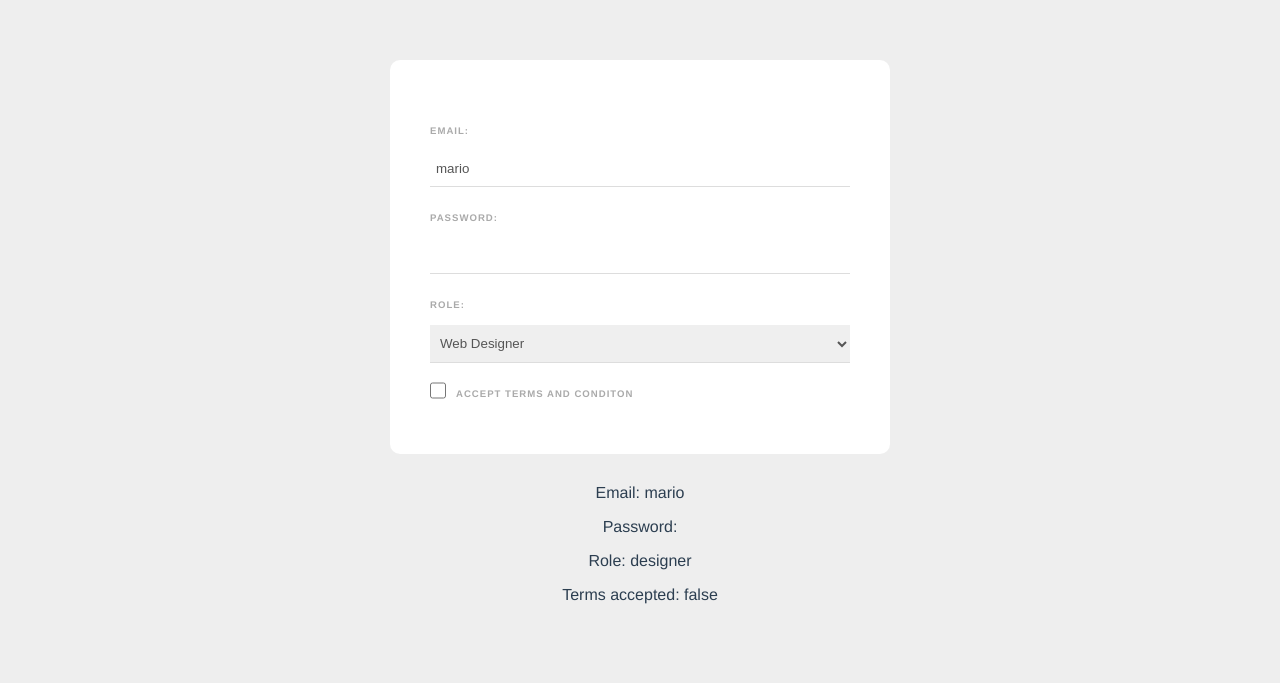
Repository: pin-seavmuy/Vue-Js
Page: /
An editor plug-in stored every save of this project. The page is shown before and after the next save, followed by the edit.
The browser window is 1280 px wide. The pictures show the whole page.
The project was rebuilt for these pictures with package versions that can differ from the ones it lists, and the page was loaded fresh each time. Also part of the build but not shown: vue.config.js.

Above is the page before, as saved 2023-11-16 23:12:50.

### src/App.vue
<template>
  <SignupForm/>
</template>

<script>
import SignupForm from './components/SignupForm.vue'

export default {
  name: 'App',
  components: {
    SignupForm
  }
}
</script>

<style>
#app {
  font-family: Avenir, Helvetica, Arial, sans-serif;
  -webkit-font-smoothing: antialiased;
  -moz-osx-font-smoothing: grayscale;
  text-align: center;
  color: #2c3e50;
  margin-top: 60px;
}
body{
  margin: 0;
  background: #eee;

}
</style>

### src/components/SignupForm.vue
<template>
  <form>
    <label>Email:</label>
    <input type="email" required v-model="email">

    <label>Password:</label>
    <input type="password" required v-model="password">

        <label>Role:</label>
        <select v-model="role">
            <option value="developer">Web Developer</option>
            <option value="designer">Web Designer</option>
        </select>

        <div class="terms">
            <input type="checkbox" required v-model="terms">
            <label>Accept terms and conditon</label>
        </div>

        <!-- <div>
            <input type="checkbox" value="shaun" v-model="names">
            <label>Shaun</label>
        </div>
        <div>
            <input type="checkbox" value="yoshi" v-model="names">
            <label>Yoshi</label>
        </div>
        <div>
            <input type="checkbox" value="mario" v-model="names">
            <label>Mario</label>
        </div> -->
  </form>

  <p>Email: {{ email }}</p>
  <p>Password: {{ password }}</p>
  <p>Role: {{ role}}</p>
  <p>Terms accepted: {{terms}}</p>
  <!-- <p>Names: {{names}}</p> -->
</template>

<script>
export default {
    data(){
        return{
            email: 'mario',
            password: '',
            role: 'designer',
            terms: false,
            // names: []
        }
    },
    components: []
}
</script>

<style>
    form{
        max-width: 420px;
        margin: 30px auto;
        background: #fff;
        text-align: left;
        padding: 40px;
        border-radius: 10px;
    }
    label{
        color: #aaa;
        display: flex;
        margin: 25px 0 15px;
        font-size: 0.6em;
        text-transform: uppercase;
        letter-spacing: 1px;
        font-weight: bold;
    }
    input, select{
        display: block;
        padding: 10px 6px;
        width: 100%;
        box-sizing: border-box;
        border: none;
        border-bottom: 1px solid #ddd;
        color: #555;
    }
    input[type="checkbox"]{
        display: inline-block;
        width: 16px;
        margin: 0 10px 0 0;
        position: relative;
        top: 2px;
    }
    .terms{
        display: flex
    }
</style>

Loaded but not shown: public/index.html (common file); src/main.js (common file)

After the next save:
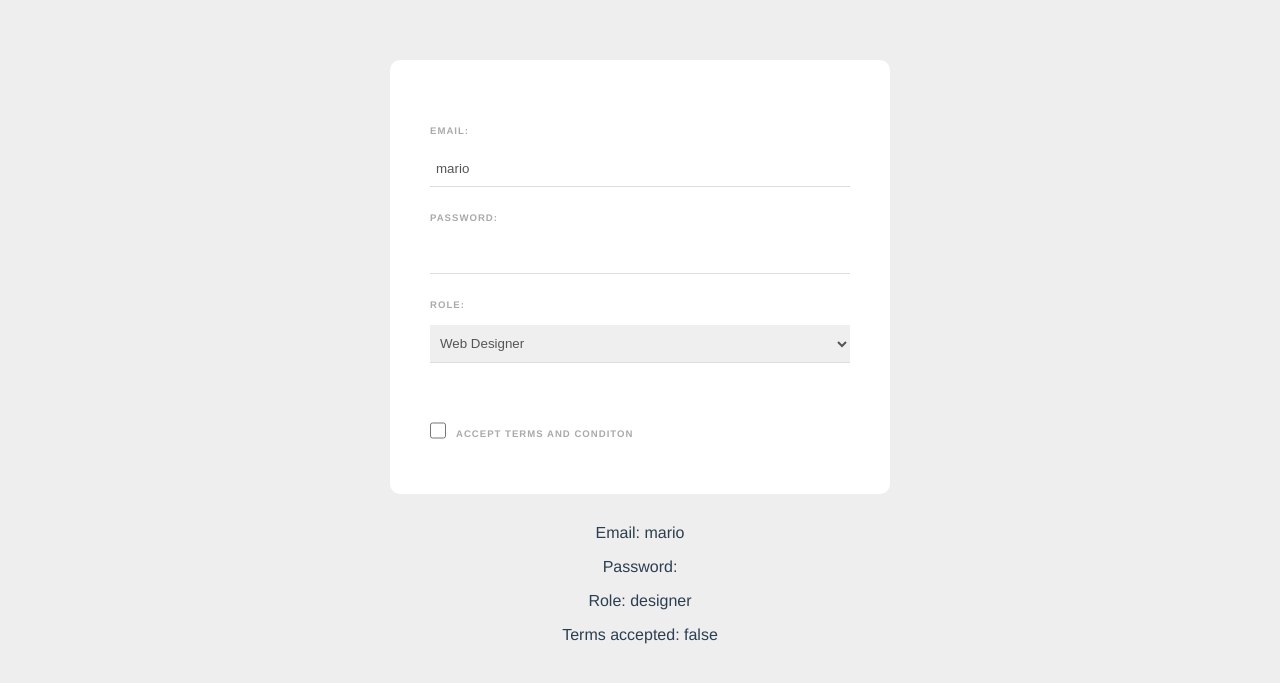
Saved 51 s later.
--- a/src/components/SignupForm.vue
+++ b/src/components/SignupForm.vue
@@ -11,6 +11,8 @@
             <option value="developer">Web Developer</option>
             <option value="designer">Web Designer</option>
         </select>
+
+        <label></label>
 
         <div class="terms">
             <input type="checkbox" required v-model="terms">
